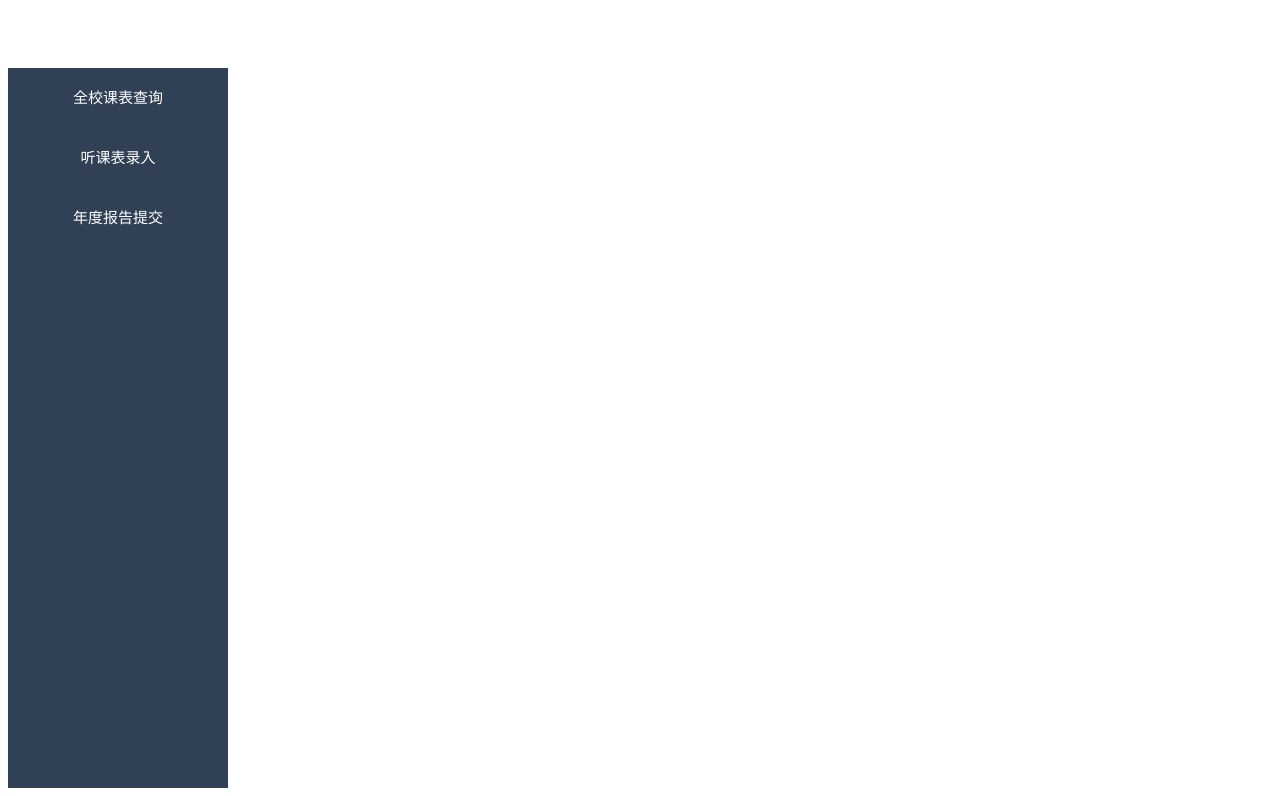
Repository: shandamengcheng/graduate-project
Page: /home
The author's editor kept a copy of each file at every save. The page is drawn from the files as they stood at one save, then again after the next save.
The browser window is 1280 px wide. The pictures show the whole page.
The project was rebuilt for these pictures with package versions that can differ from the ones it lists, and the page was loaded fresh each time. Also part of the build but not shown: src/views/Login.vue.

Above is the page before, as saved 2021-03-10 22:56:12.

After the next save:
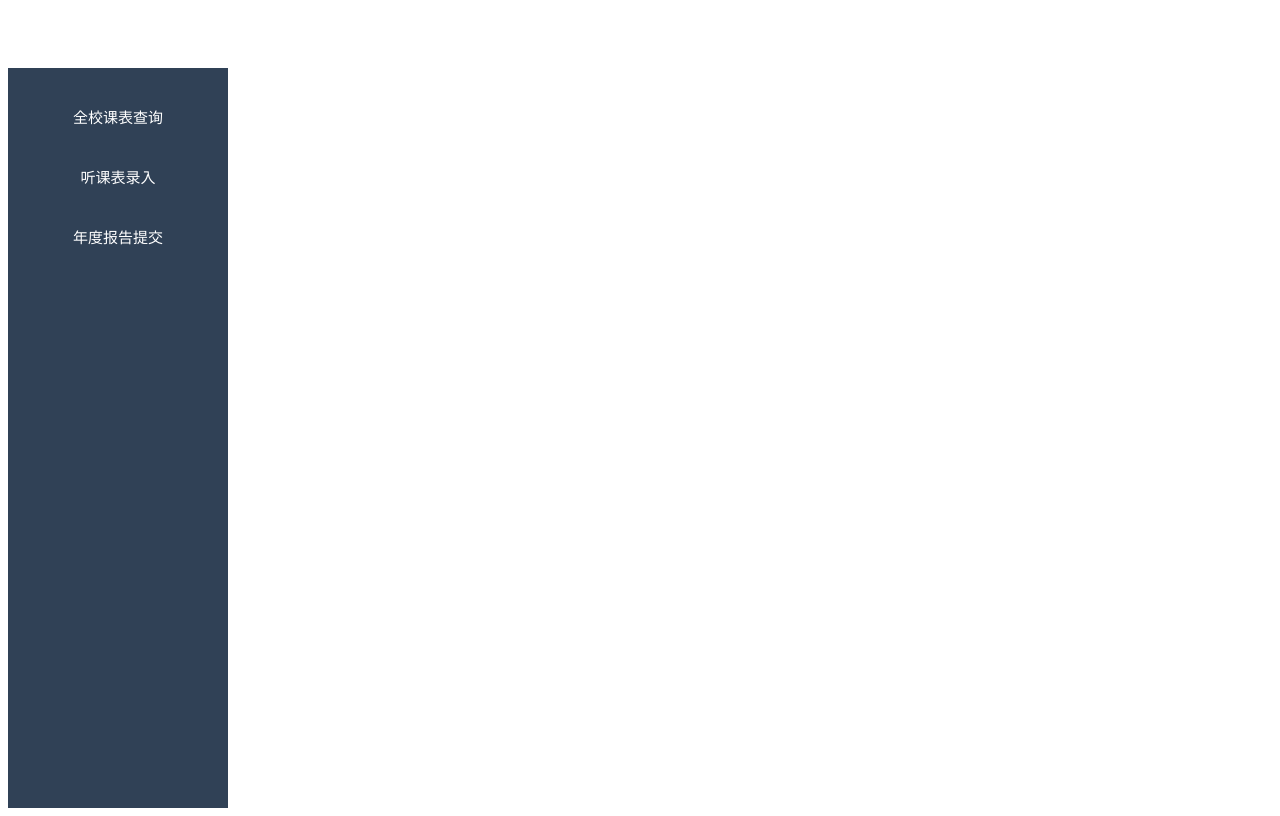
Saved 42 min 27 s later.
--- a/src/views/SideBar.vue
+++ b/src/views/SideBar.vue
@@ -33,5 +33,6 @@ export default {
   text-align: center;
   display: flex;
   flex-direction: column;
+  padding-top: 20px;
 }
 </style>
